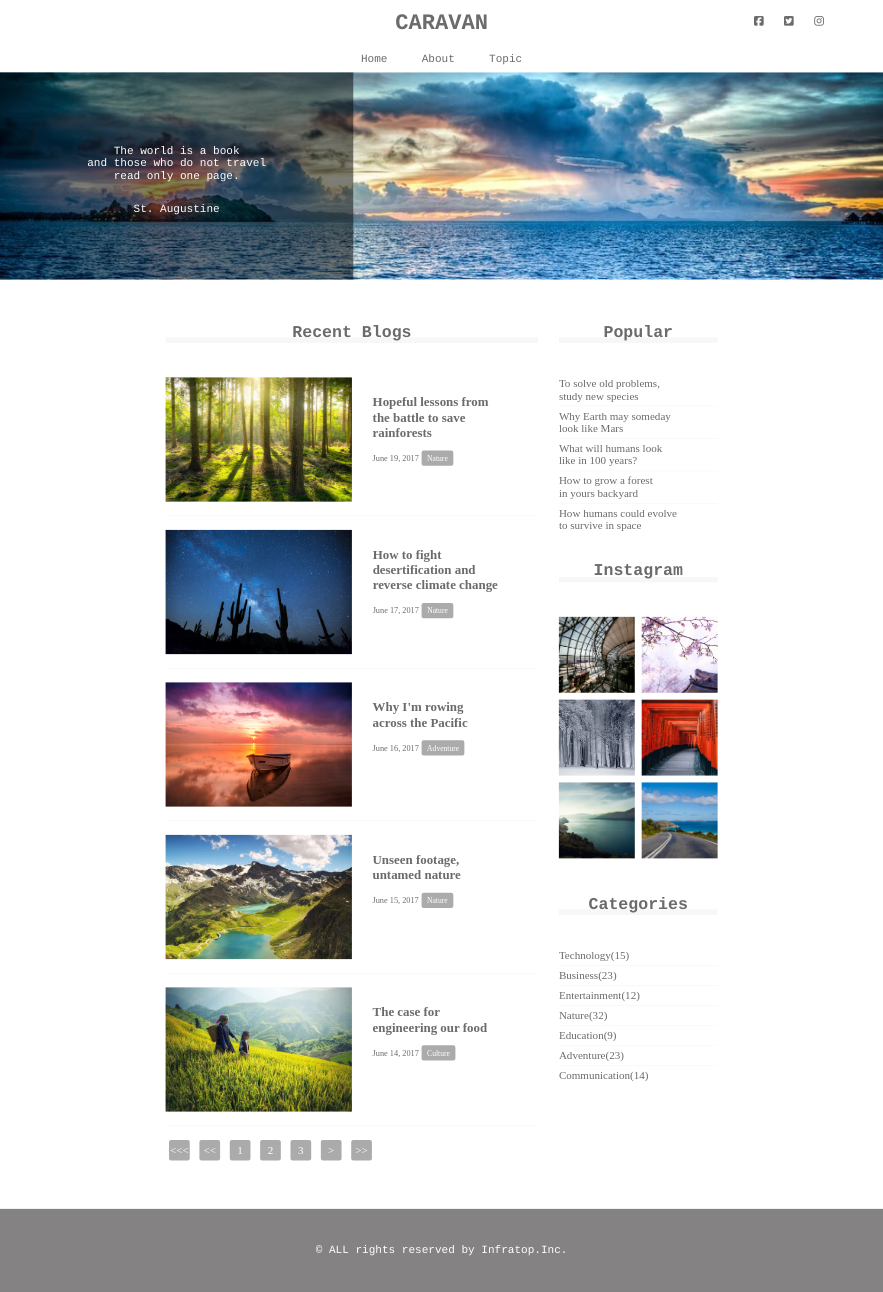
Repository: sweetyk0168/git-kadai3
Page: caravan/index.html
The author's editor kept a record of every edit. The page is drawn from the files as they stood at one moment, then again after the next edit.
The browser window is 1280 px wide. The pictures show the whole page, at 69% of full size.
Some web libraries are served in a nearby version.

Above is the page before.

After the next edit:
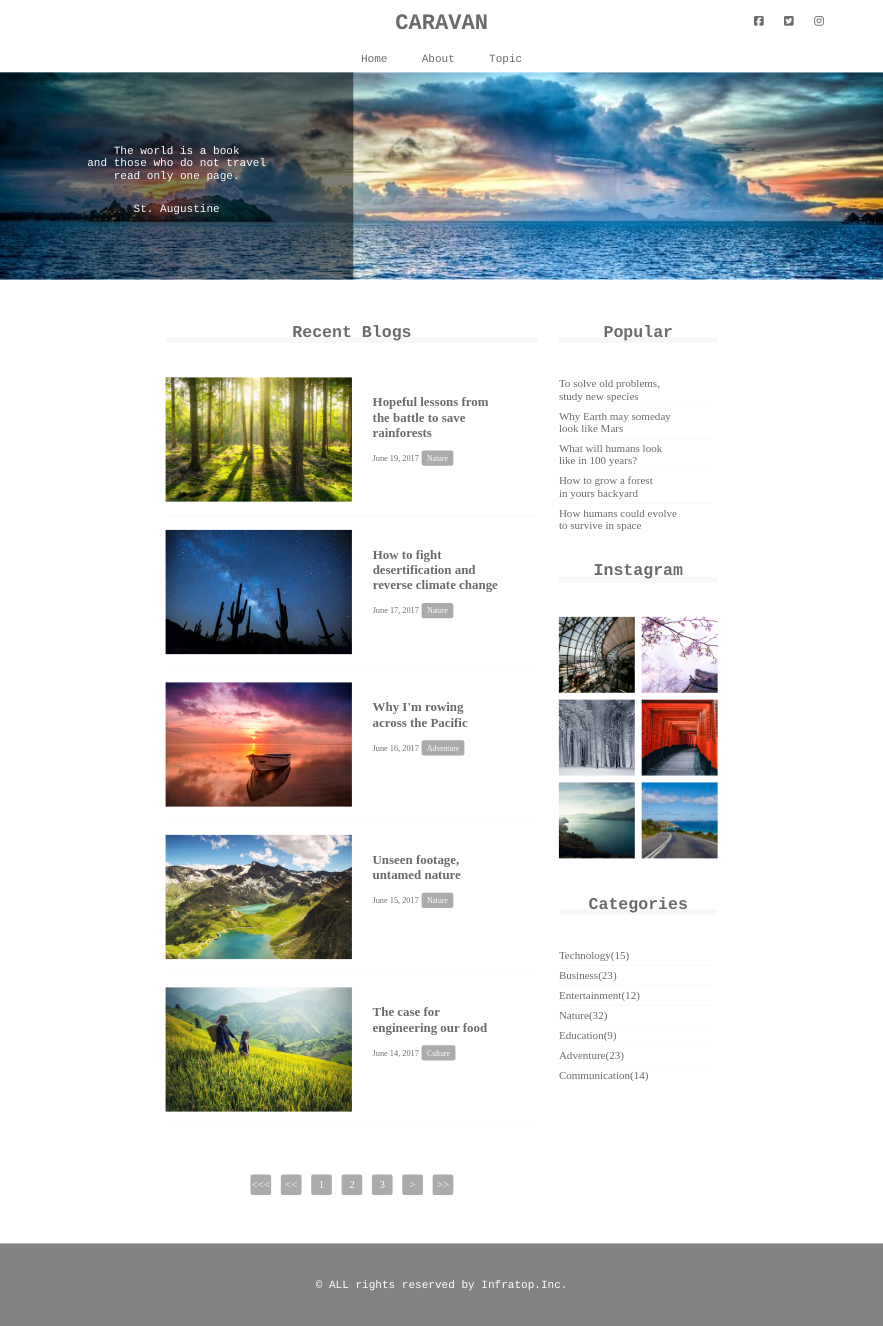
The edit:
--- a/caravan/index.html
+++ b/caravan/index.html
@@ -123,7 +123,7 @@
               </section>
             </div>
           </div>
-          <dig class="pagination">
+          <div class="pagination">
             <p><<<</p>
             <p><<</p>
             <p>1</p>
